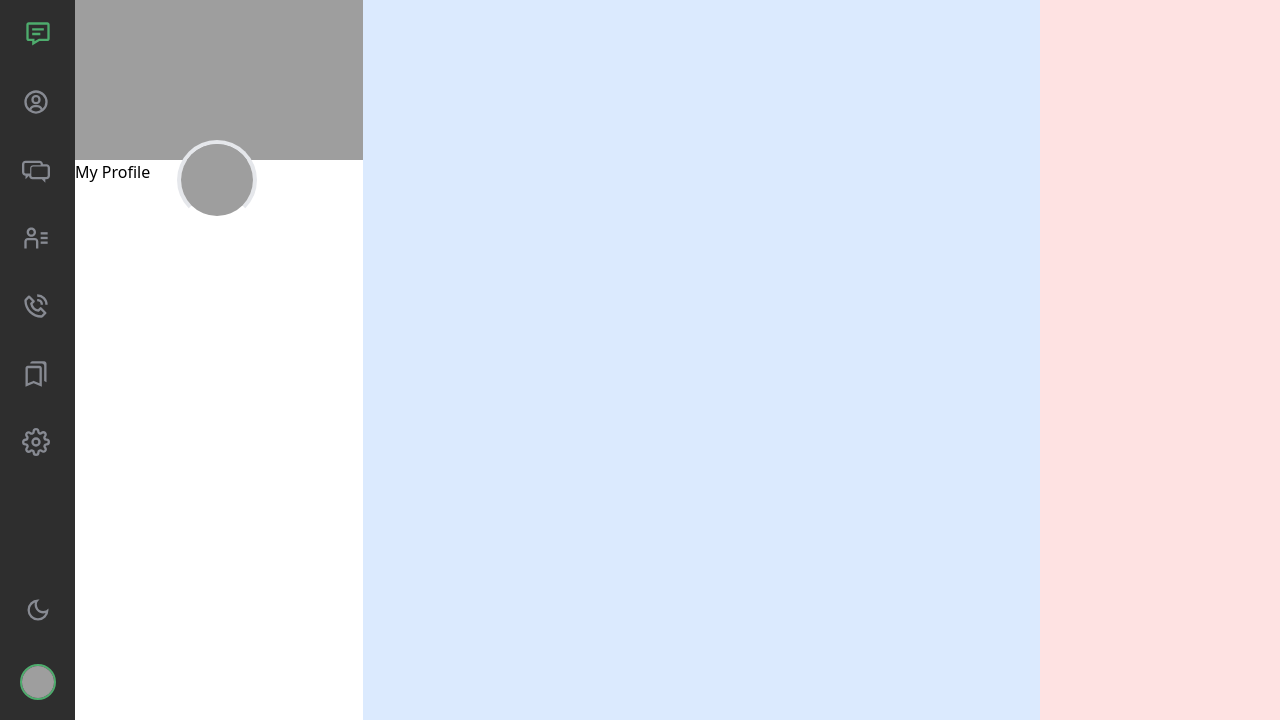
Repository: satya-ranjon/Chat-app
Page: /
These files come from the project's save history. The page is drawn as it stood at one moment and after the next save; the edit follows.
The browser window is 1280 px wide. The pictures show the whole page.
Pictures or frames that could not be fetched are drawn as grey boxes. The project was rebuilt for these pictures with package versions that can differ from the ones it lists, and the page was loaded fresh each time.

Above is the page before, as saved 2022-03-31 03:35:20.

After the next save:
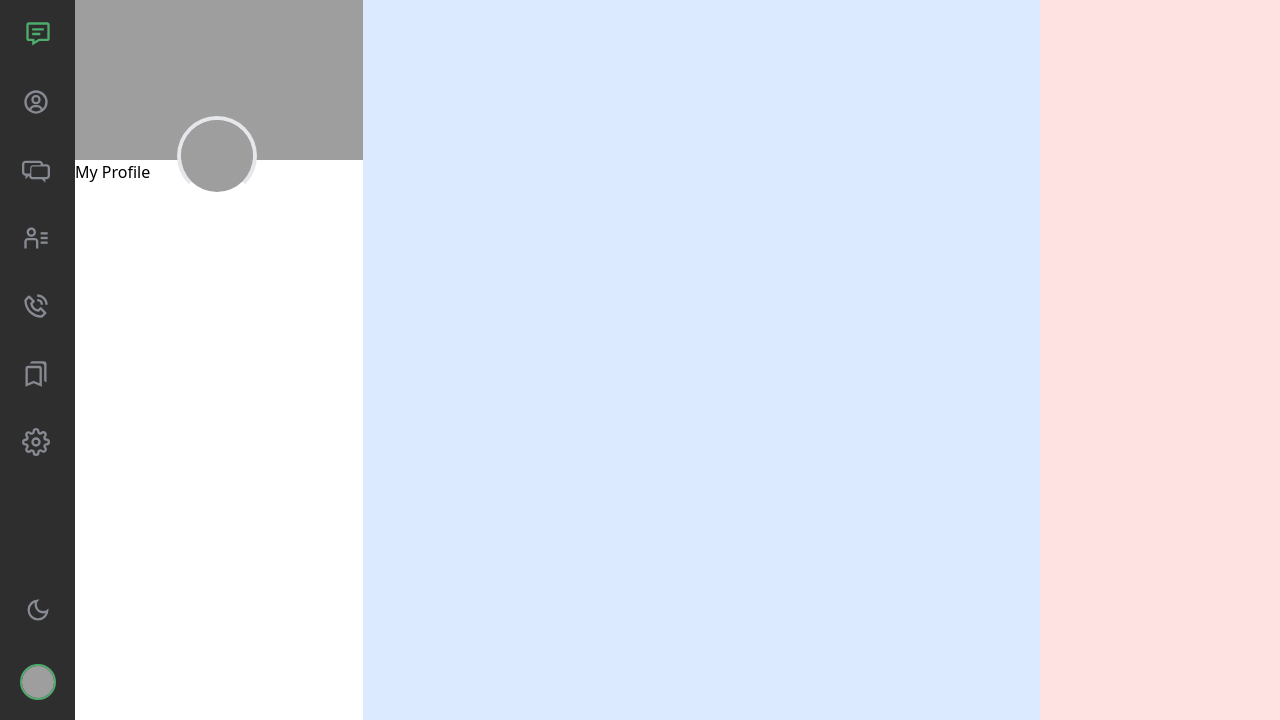
Saved 19 s later.
--- a/src/components/MyProfile/MyProfile.jsx
+++ b/src/components/MyProfile/MyProfile.jsx
@@ -9,7 +9,7 @@ export default function MyProfile() {
       <div className="relative">
         <img src={Image} alt={Image} className="w-full h-40" />
         <UserImage className="w-16 h-16 sm:w-20 sm:h-20 rounded-full absolute sm:-bottom-9  -bottom-7 sm:right-[6.6rem]  right-12  border-4 border-b-white" />
-        <p className="absplute">My Profile</p>
+        <p className=" absolute">My Profile</p>
       </div>
     </div>
   );
